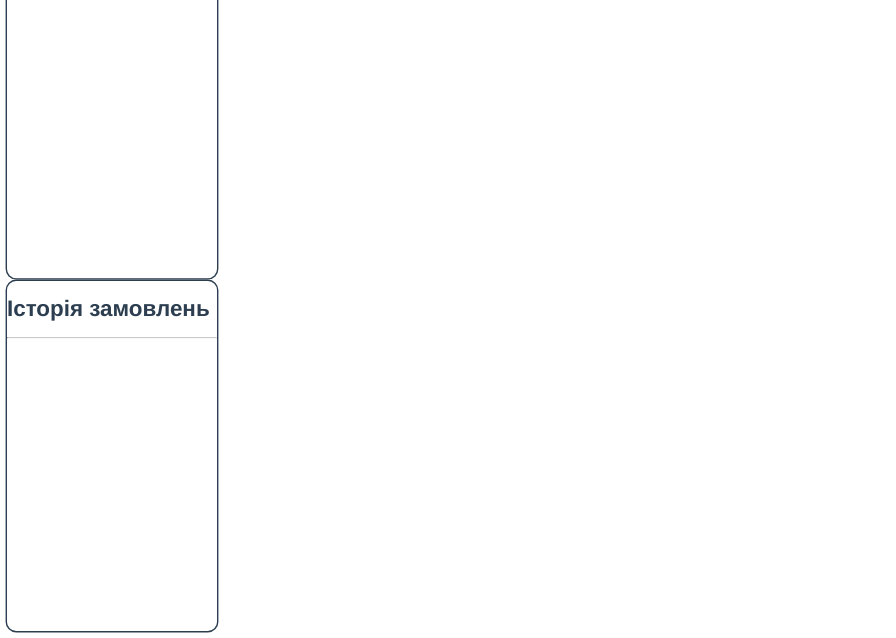
Repository: Salexandraa/HOME_Subotina
Page: / (app in order-list/)
The author's editor kept a copy of each file at every save. The page is drawn from the files as they stood at one save, then again after the next save.
The browser window is 1280 px wide. The pictures show the part of the page from y = 668 to 2588 px (the page is 1580 px tall before and 2588 px after), at 70% of full size.
The project was rebuilt for these pictures with package versions that can differ from the ones it lists, and the page was loaded fresh each time.

Above is the page before, as saved 2020-10-09 16:16:39.

### order-list/src/App.vue
<template>
  <div id="app">
  <reserved :listDishes= "dishesList"
  title='Замовлено'
  />
  <order-issued title="Видано"/>
  <history title="Історія замовлень"/>
  </div>
</template>

<script>
import Reserved from "./components/CheckList/Reserved";
import dishesList from "../settings"
import OrderIssued from "./components/CheckList/OrderIssued"
import History from "./components/CheckList/History"
export default {
  name: "App",
  components: {
    Reserved,
    OrderIssued,
    History
  },
  data() {
    return {
      dishesList
      // dishesList: [
      //   {
      //     id: 1,
      //     name: "Pizza",
      //   },
      //    {
      //     id: 2,
      //     name: "Pasta",
      //   },
      //    {
      //     id:3,
      //     name: "Rizzoto",
      //   },
      //    {
      //     id: 4,
      //     name: "Minestrone soup",
      //   },
      //    {
      //     id:5,
      //     name: "Onion soup",
      //   },
      // ],
    };
  },
};
</script>

<style>
#app {
  font-family: Avenir, Helvetica, Arial, sans-serif;
  -webkit-font-smoothing: antialiased;
  -moz-osx-font-smoothing: grayscale;
  /* text-align: center; */
  color: #2c3e50;
  margin-top: 60px;
}
</style>

### order-list/src/components/CheckList/Reserved/index.vue
<template>
    <div class="container">
<div>
    <h1>{{title}}</h1>
</div>
 <div><ol >
        <li v-for="item in listDishes" :key="item.name" value="item.name"  >
          {{item.name}}  <input type="checkbox"  v-model="item.names"  >
        </li>
    </ol>
</div>
<hr>
<div>
      <ol>
        <li v-for="item in listDishes" :key="item.id" >
           {{item.names}} <input type="checkbox" >
        </li>

    </ol>

</div>
    </div>
</template>

<script>
    export default {
        name: "Reserved",
        props: {
             listDishes: {
                type: Array,
                default: ()=>[]
            },
            title: {
                type: String,
                default: '',

            },
        }
    }
</script>

<style lang="css" scoped>
.container{
    width: 300px;
    height: 500px;
    border: 2px solid;
    border-radius: 15px;
}
</style>

### order-list/settings.js
export default [
    {
      id: 1,
      name: "Pizza",
    },
     {
      id: 2,
      name: "Pasta",
    },
     {
      id:3,
      name: "Rizotto",
    },
     {
      id: 4,
      name: "Minestrone soup",
    },
     {
      id:5,
      name: "Onion soup",
    },
  ]

### order-list/src/components/CheckList/OrderIssued/index.vue
<template>
  <div class="container">
    <div>
      <h1>{{ title }}</h1>
    </div>
    <div>
      <ol>
        <li v-for="item in dishesList" :key="item.name">
          {{ item.name }} <input type="checkbox" v-model="item.names" />
        </li>
      </ol>
    </div>
    <hr>
  </div>
</template>

<script>
export default {
  name: "OrderIssued",
  props: {
    title: {
      type: String,
      default: "",
    },
  },
};
</script>

<style lang="css" scoped>
.container {
  width: 300px;
  height: 500px;
  border: 2px solid;
  border-radius: 15px;
}
</style>

### order-list/src/components/CheckList/History/index.vue
<template>
    <div class="container">
   <div>
      <h1>{{ title }}</h1>
    </div>
    <div>
      <ol>
        <li v-for="item in dishesList" :key="item.name">
          {{ item.name }} <input type="checkbox" v-model="item.names" />
        </li>
      </ol>
    </div>
    <hr>
    </div>
</template>

<script>
    export default {
        name: "History",
        props: {
            title: {
                type: String,
                default: ""
            },
        },
    }
</script>

<style lang="css" scoped>
.container {
  width: 300px;
  height: 500px;
  border: 2px solid;
  border-radius: 15px;
}

</style>

### order-list/src/components/CheckList/index.vue
<template>
    <div class="container">
<div>
    <h1>{{title}}</h1>
</div>

<div>
  <reserved :listDishes= "dishesList"
  title='Замовлено'
  />
  <order-issued title="Видано"/>
  <history title="Історія замовлень"/>
</div>
    </div>
</template>

<script>
import Reversed from "./Reserved"
import OrderIssued from "./OrderIssued"
import History from "./History"
    export default {
        name:"CheckList",
        components:{
            Reversed,
            OrderIssued,
            History
        },
        props: {
            // dishesList: {
            //     type: Array,
            //     default: ()=>[]
            // },
            title:{
                type:String,
                default: ''
            }
        },

    }
</script>

<style lang="css" scoped>
.container{
    display: flex;
}
</style>

Loaded but not shown: order-list/public/index.html (common file); order-list/src/main.js (common file)

After the next save:
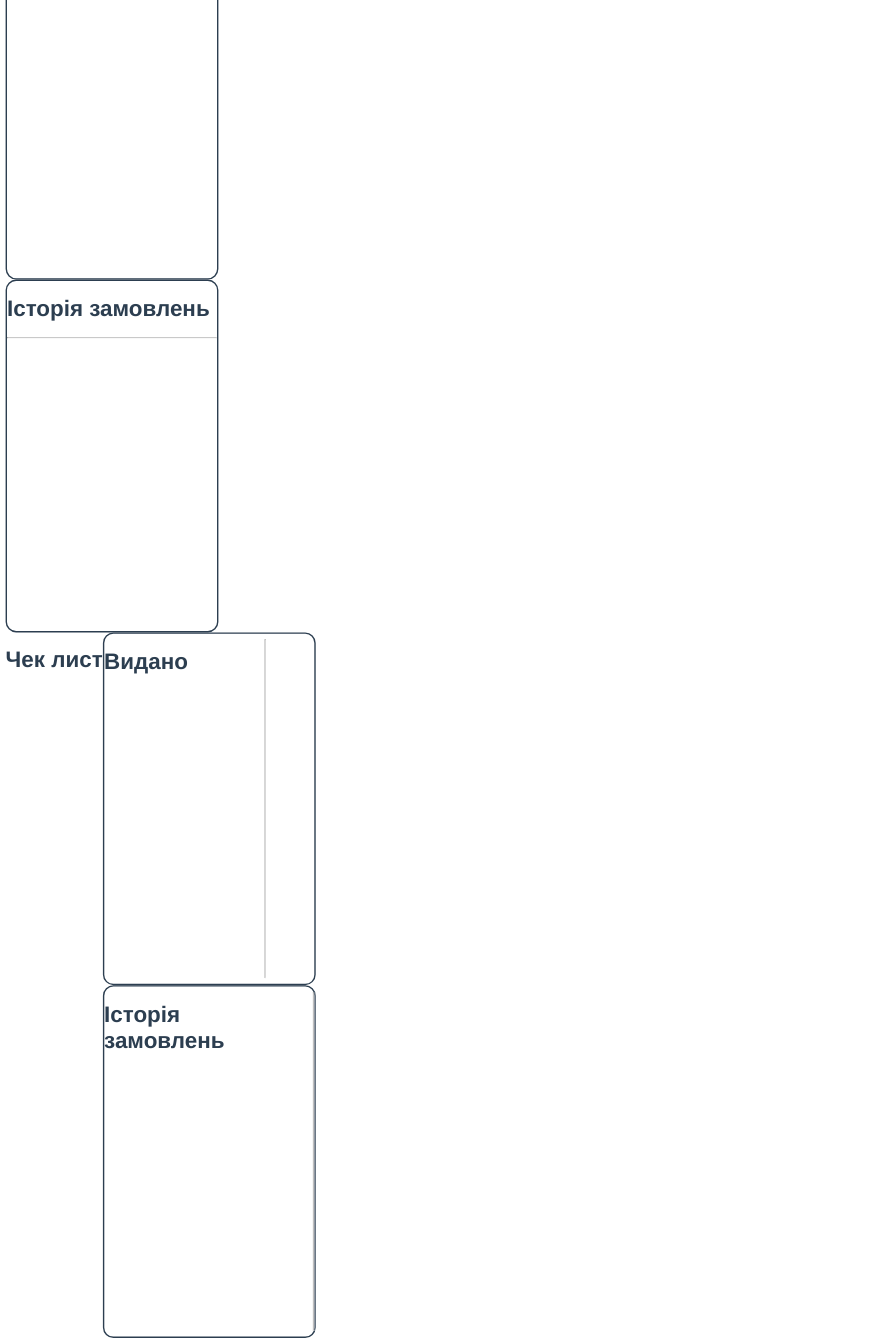
Saved 67 s later.
--- a/order-list/src/App.vue
+++ b/order-list/src/App.vue
@@ -5,6 +5,7 @@
   />
   <order-issued title="Видано"/>
   <history title="Історія замовлень"/>
+  <check-list title="Чек лист"/>
   </div>
 </template>
 
@@ -13,12 +14,14 @@ import Reserved from "./components/CheckList/Reserved";
 import dishesList from "../settings"
 import OrderIssued from "./components/CheckList/OrderIssued"
 import History from "./components/CheckList/History"
+import CheckList from "./components/CheckList"
 export default {
   name: "App",
   components: {
     Reserved,
     OrderIssued,
-    History
+    History,
+    CheckList
   },
   data() {
     return {
